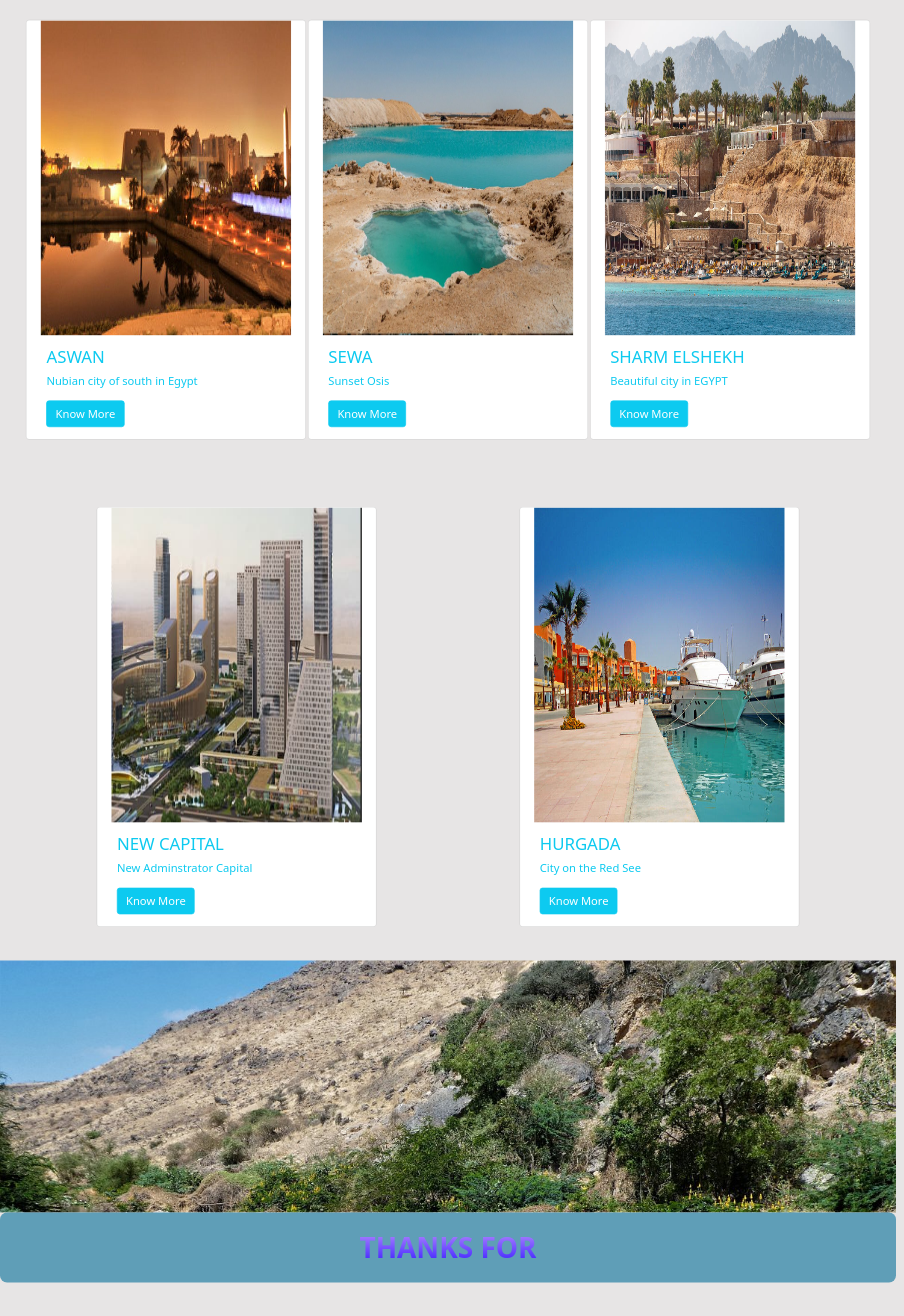
Repository: Ahmed123rezk123/P-temp
Page: index.html
These files come from the project's save history. The page is drawn as it stood at one moment and after the next save; the edit follows.
The browser window is 1280 px wide. The page is 1292 px wide, so the pictures cover 1292 px, including what lies to the right of the window. The pictures show the part of the page from y = 4313 to 6193 px (the page is 6193 px tall), at 70% of full size.
Backgrounds fixed to the window are drawn as part of the page.

Above is the page before, as saved 2024-02-18 11:57:25.

After the next save:
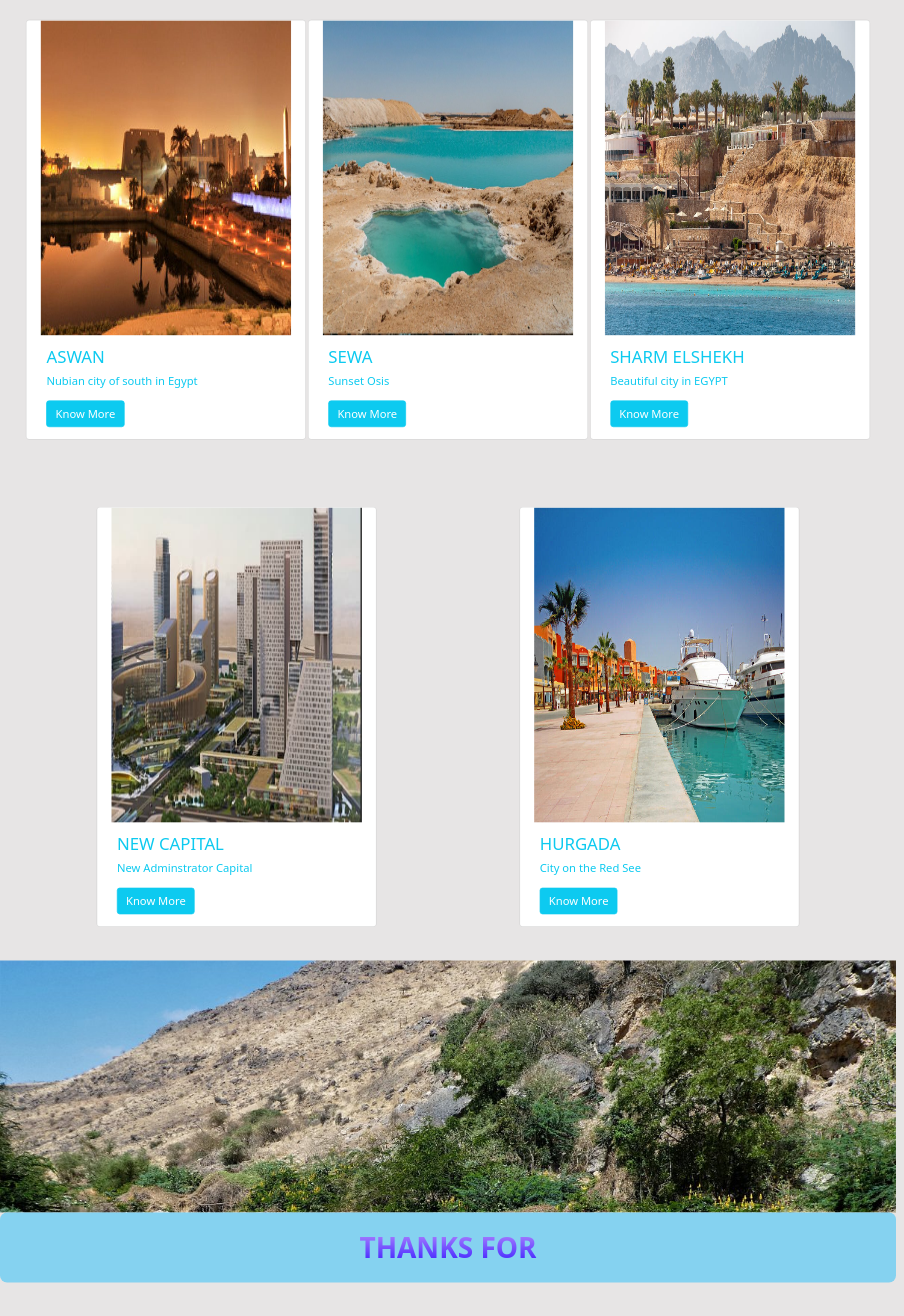
Saved 7 s later.
--- a/CSS/style.css
+++ b/CSS/style.css
@@ -326,7 +326,7 @@ background: -webkit-linear-gradient( #b387ff , rgb(57, 31, 255));
 /* Start section 15 */
 .section15 {
   height: 100px;
-  background-color: rgb(95, 158, 183);
+  background-color: rgb(133, 210, 240);
   position: relative;
   border-radius: 10px;
 }
